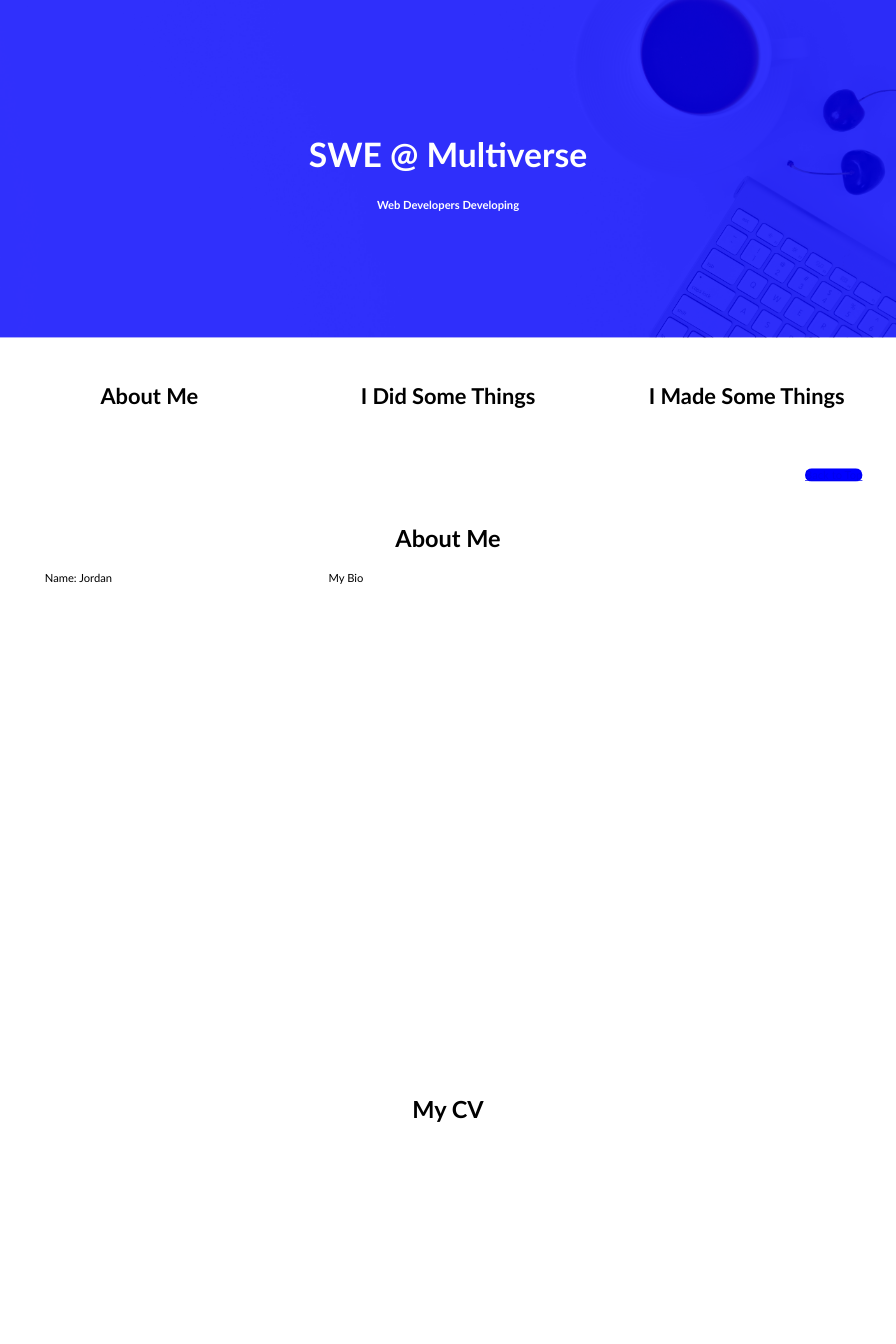
Repository: Scoofster/SWE-Flying-start-bio-website
Page: public/index.html
These files come from the project's save history. The page is drawn as it stood at one moment and after the next save; the edit follows.
The browser window is 1280 px wide. The pictures show the part of the page from y = 0 to 1920 px (the page is 3167 px tall), at 70% of full size.

Above is the page before, as saved 2022-06-16 15:11:56.

### public/index.html
<!--
You may use this in any way, on any site, all we ask is that you please keep the link(s) crediting the author.   Though this is not mandatory, it is certainly appreciated.
 -->

<!DOCTYPE html PUBLIC "-//W3C//DTD XHTML 1.0 Strict//EN" "http://www.w3.org/TR/xhtml1/DTD/xhtml1-strict.dtd">
<html xmlns="http://www.w3.org/1999/xhtml" xml:lang="en" lang="en">
  <head>
    <title>Blue Bliss by Bryant Smith</title>
    <meta http-equiv="content-type" content="text/html;charset=utf-8" />
    <link rel="stylesheet" type="text/css" href="index.css" />
  </head>
  <body>
    <div id="mainContentArea">
      <div id="hero" class="content-section">
        <div id="hero-overlay"></div>
        <div id="banner-photo"></div>
        <div id="hero-text">
          <h1>SWE @ Multiverse</h1>
          <h4>Web Developers Developing</h4>
        </div>
        <div id="about-me-nav-link" class="nav-link">
          <h2><a href="#about-me-anchor">About Me</a></a></h2>
        </div>
        <div id="cv-nav-link" class="nav-link">
          <h2><a href="#cv-anchor">I Did Some Things</a></h2>
        </div>
        <div id="porfolio-nav-link" class="nav-link">
          <h2><a href="#portfolio-anchor">I Made Some Things</a></h2>
        </div>
      </div>
      <div id="about-me-anchor" class="section-header"><h2>About Me</h2></div>
      <div id="about-me" class="content-section">
        <div id="personal-info">Name: Jordan</div>
        <div id="bio">My Bio</div>
      </div>
      <div id="cv-anchor" class="section-header"><h2>My CV</h2></div>
      <div id="cv" class="content-section"></div>
      <div id="portfolio-anchor" class="section-header"><h2>My Porfolio</h2></div>
      <div id="porfolio" class="content-section"></div>
    </div>
    <div id="back-to-top">
      <a href="#hero">Back to Top</a>
    </div>
  </body>
</html>

### public/index.css

html,body{
    margin:0;
    font-family:'Trebuchet MS', 'Lucida Sans Unicode', 'Lucida Grande', 'Lucida Sans', Arial, sans-serif;
    scroll-behavior: smooth;
    }

.content-section {
    margin-left: 5%;;
    padding: 0%;
    display: grid;
    height: 100vh;
    grid-template-columns: 1fr 1fr 1fr;

}

#hero {
    margin-left: 0%;
    width: calc(100vw-30px);
    height: 100vh;
    text-align: center;
}

#hero-overlay {
    grid-area: 1 /1 / span 2 / span 3;
    opacity: 80%;
    background-color: blue;

}

#banner-photo {
    background-image: url(./imgs/splash_photo.jpg);
    grid-area: 1 /1/ span 2 / span 3;
    background-size:cover;
    background-repeat: no-repeat;
    margin: 0;
}

#hero-text {
    grid-area: 2/2/2/2;
    color: white;

    z-index: 1;
  }

#hero-text > h1 {
    font-size: 300%;
}

.nav-link {
    height: 70%;
    width:100%;
    display:flex;
    align-items: center;
    justify-content: center;
}

.nav-link a {
    color: black;
    text-decoration: none;
    font-size: 130%;
}
  #personal-info {
    grid-area: 1/1/3/1
  }


  .section-header {
     display: flex;
     justify-content: center;
     font-size: 140%;
     scroll-margin-top: 2rem;
  }


  #back-to-top{
    position: fixed;
    bottom: 2rem;
    right: 3rem;
    background-color: blue;
    border-radius: 10rem;
  }

After the next save:
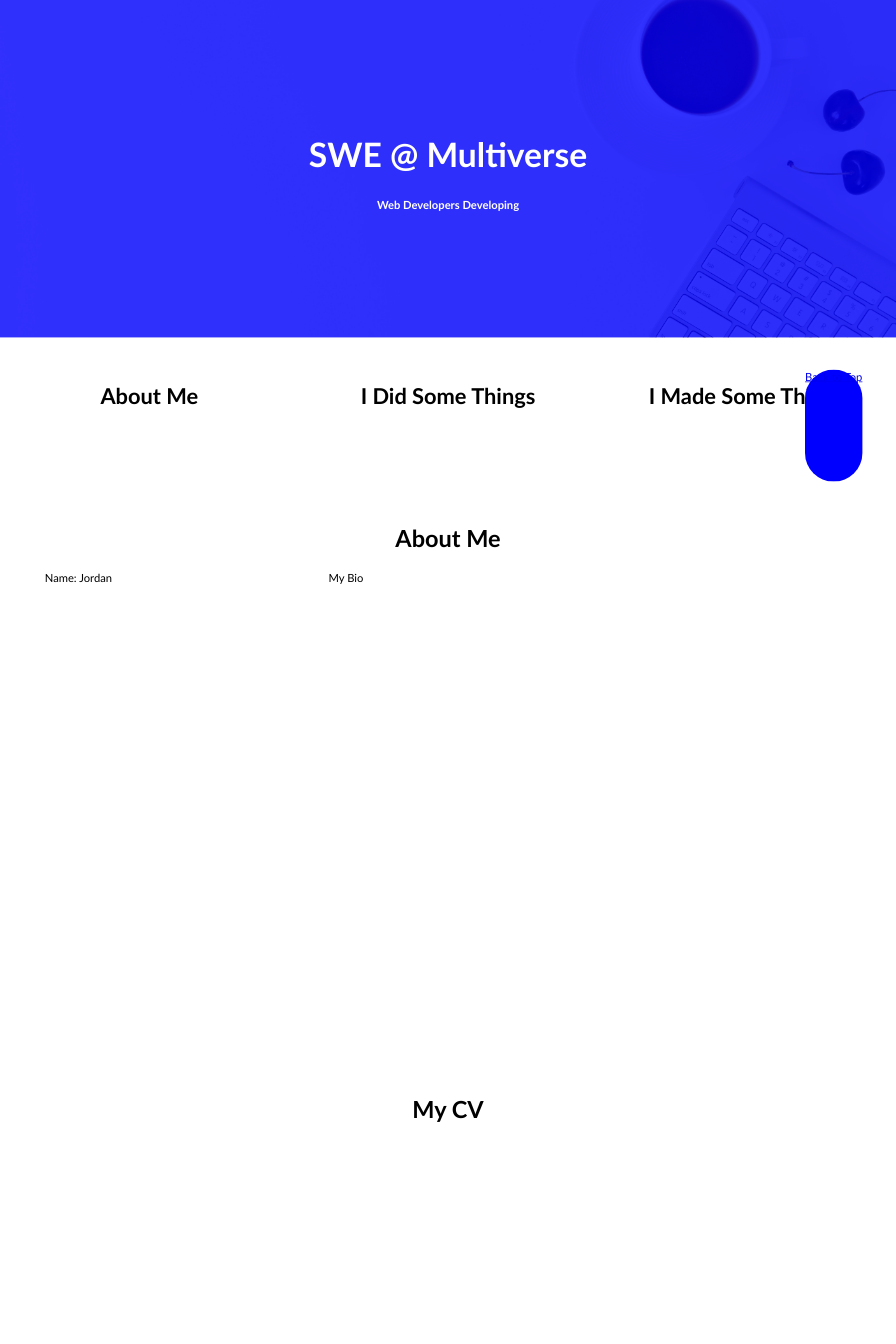
Saved 30 s later.
--- a/public/index.css
+++ b/public/index.css
@@ -74,6 +74,8 @@
 
 
   #back-to-top{
+    height:10rem;
+    weight: 10rem;
     position: fixed;
     bottom: 2rem;
     right: 3rem;
